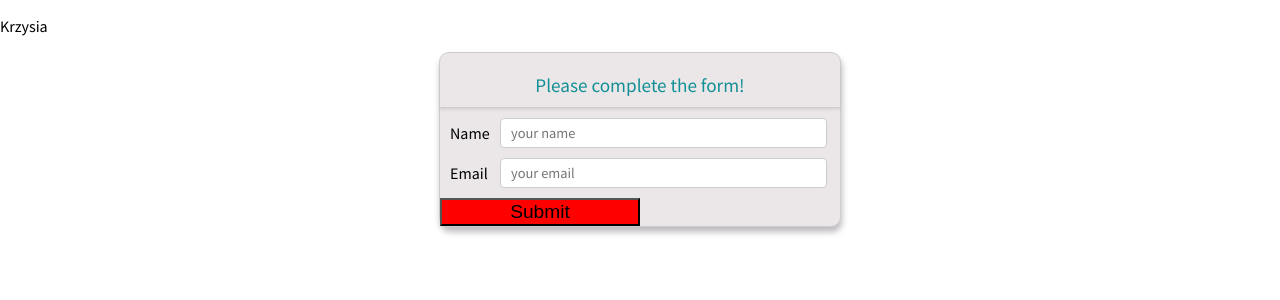
Repository: KrzysKolo/sr_tydzien4_zad2
Page: /
The author's editor kept a copy of each file at every save. The page is drawn from the files as they stood at one save, then again after the next save.
The browser window is 1280 px wide. The pictures show the whole page.
The project was rebuilt for these pictures with package versions that can differ from the ones it lists, and the page was loaded fresh each time. Also part of the build but not shown: src/components/formComponents/ErrorMessage.js.

Above is the page before, as saved 2020-11-27 17:04:30.

After the next save:
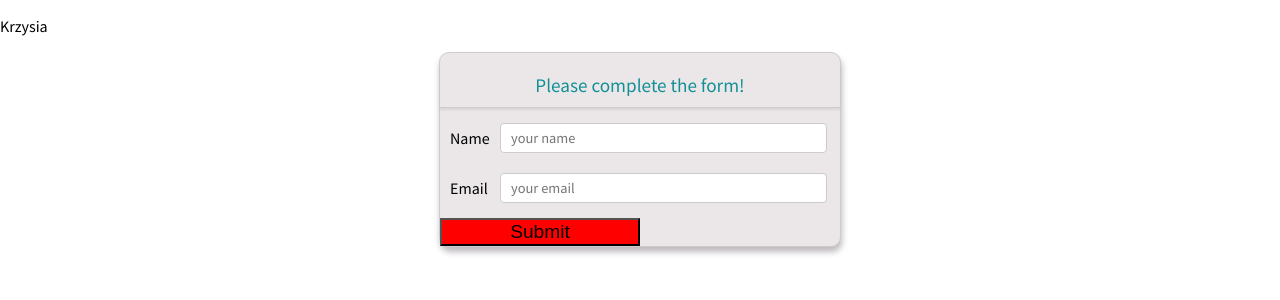
Saved 21 s later.
--- a/src/components/formComponents/Input.js
+++ b/src/components/formComponents/Input.js
@@ -6,6 +6,7 @@ const InputDiv = styled.div`
     flex-direction: row;
     align-content: center;
     margin: 0 auto;
+    padding: 5px 0;
 
 `;
 const InputLabel = styled.label`
